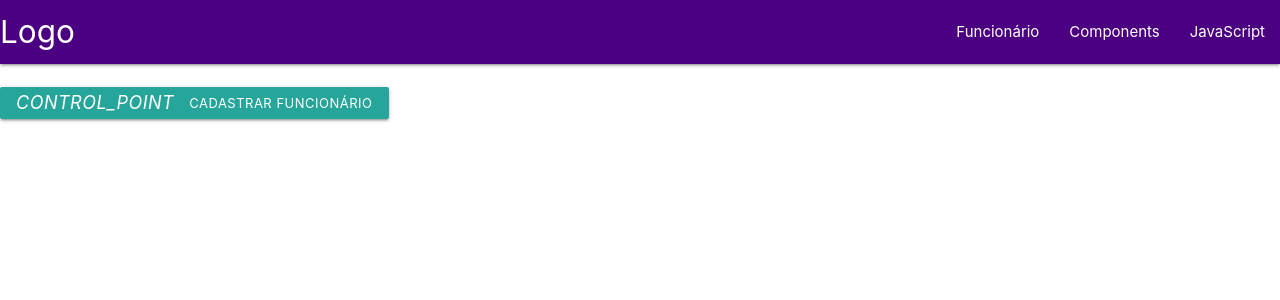
Repository: andrehct/CONCESSIONARIA_BD
Page: http://localhost/Projeto/funcionario/listar.jsp
The author's editor kept a copy of each file at every save. The page is drawn from the files as they stood at one save, then again after the next save.
The browser window is 1280 px wide. The pictures show the whole page.
The page is served by Tomcat 9. Queries for data that is not in the repository find no rows.

Above is the page before, as saved 2019-06-28 14:33:53.

After the next save:
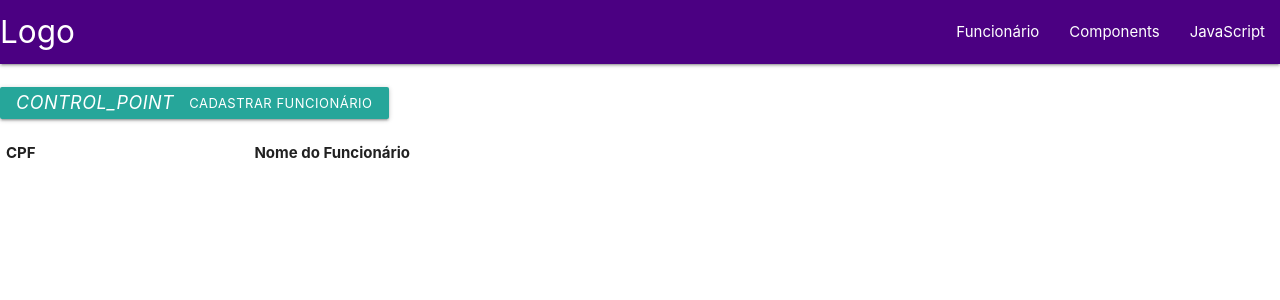
Saved 5 min 23 s later.
--- a/Projeto/WebContent/funcionario/listar.jsp
+++ b/Projeto/WebContent/funcionario/listar.jsp
@@ -14,13 +14,19 @@
     <br/>
       <a href="inserir.jsp" class="waves-effect waves-light btn-small"><i class="material-icons left">control_point</i>Cadastrar Funcionário</a>
     <br/>
+    <table class="collection">
+     <thead>
+     	<tr>
+     	 <th>CPF</th>
+     	 <th>Nome do Funcionário</th>
+     	</tr>
+     </thead>
     <%for(FuncionarioVO f : lista){%>
-	<div class="collection">
-        <a href="#!" class="collection-item"><%=f.getCPF()%></a>
-        <a href="#!" class="collection-item active"><%=f.getNome()%></a>
-        <a href="#!" class="collection-item">Alvin</a>
-        <a href="#!" class="collection-item">Alvin</a>
-      </div>
+	<tr class="collection-item active">
+        <td><%=f.getCPF()%></td>
+        <td><%=f.getNome()%></td>
+      </tr>
     <%}%>
+    </table>
 </body>
 </html>
